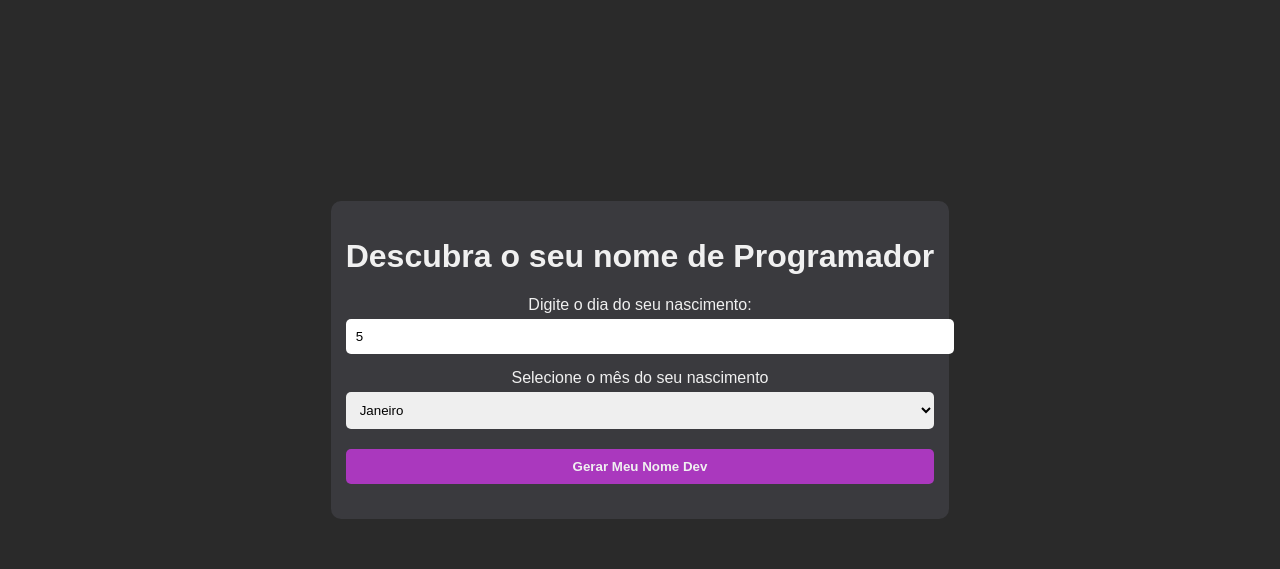
Repository: analessp/seu-nome-dev
Page: index.html
The author's editor kept a copy of each file at every save. The page is drawn from the files as they stood at one save, then again after the next save.
The browser window is 1280 px wide. The pictures show the whole page.
Empty fields were first filled with sample values (such as "Sample", 5 or name@example.com).
After loading, the first visible `button` was clicked once.

Above is the page before, as saved 2025-05-13 11:16:21.
Console error: SyntaxError: Unexpected token ')'

### index.html
<!DOCTYPE html>
<html lang="pt-BR">
<head>
    <meta charset="UTF-8">
    <meta name="viewport" content="width=device-width, initial-scale=1.0">
    <title>Seu Nome Dev</title>
    <link rel="stylesheet" href="styles.css">
</head>
<body>
    <div class="container">
        <h1>Descubra o seu nome de Programador</h1>
        <div class="form-group">
            <label for="dia">Digite o dia do seu nascimento:</label>
            <input type="number" id="dia" min="1" max="31">
        </div>
        <div class="form-group">
            <label for="mes">Selecione o mês do seu nascimento</label>
            <select id="mes">
                <option value="1">Janeiro</option>
                <option value="2">Fevereiro</option>
                <option value="3">Março</option>
                <option value="4">Abril</option>
                <option value="5">Maio</option>
                <option value="6">Junho</option>
                <option value="7">Julho</option>
                <option value="8">Agosto</option>
                <option value="9">Setembro</option>
                <option value="10">Outubro</option>
                <option value="11">Novembro</option>
                <option value="12">Dezembro</option>
            </select>
        </div>
        <button onclick="gerarNomeDev()">Gerar Meu Nome Dev</button>
        <div class="resultado" id="resultado"></div>
    </div>
    <script src="app.js"></script>
</body>
</html>

### styles.css
body {
    background-color: #2a2a2a;
    color: #f0f0f0;
    font-family: "Nunito", sans-serif;
    display: flex;
    justify-content: center;
    align-items: center;
    height: 100vh;
    margin: 0;
}

.container {
    background-color: #3a3a3e;
    padding: 15px;
    border-radius: 10px;
    box-shadow: 0px 5px 15px rgba(0, 0, 0, 0.3s);
    text-align: center;
}

.form-group {
    margin-bottom: 15px;
}

input, select, button {
    cursor: pointer;
    padding: 10px;
    margin-top: 5px;
    width: 100%;
    border-radius: 5px;
    border: none;
    outline: none;
}

button {
    background-color: #aa38be;
    color: #f0f0f0;
    font-weight: bold;
    transition: background-color 0.3s;
}

button:hover {
    background-color: #e27cd3;
}

.resultado {
    margin-top: 20px;
    font-size: 1.2rem;
    font-weight: bold;
    color: #8a2aba;
}

### app.js
function gerarNomeDev() {
    const dia = parseInt(document.getElementById("dia").value);
    const mes = parseInt(document.getElementById("mes").value);
    const resultado = document.getElementById("resultado").value);

    if (isNaN(dia) || dia < 1 || dia > 31) {
        resultado.textContent = "Insira um dia válido.";
        return;
    }

    const títulos = {
    1: "Desenvolvedor(a)",
    2: "Desenvolvedor(a)",
    3: "Programador(a)",
    4: "Programador(a)",
    5: "Programador(a)",
    6: "Estágiario(a)",
    7: "Estágiario(a)",
    8: "Estágiario(a)",
    9: "Sênior",
    0: "Sênior",
};

const meses = {
    1: "bugado(a)",
    2: "do CTRL C, CTRL V",
    3: "das gambiarras",
    4: "que culpa o cache",
    5: "que esquece o que faz",
    6: "do git vazio",
    7: "das try/ catch vazia",
    8: "famosinho do LinkedIn",
    9: "caçador de bugs",
    10: "do Windows Pirata",
    11: "do update sem where",
    12: "do commit bugado",
};

const ultimoDigito = dia % 10;
const titulo = títulos[ultimoDigito];
const mesTexto = meses[mes];

resultado.textContent = `${titulo} ${mesTexto}`;

}

After the next save:
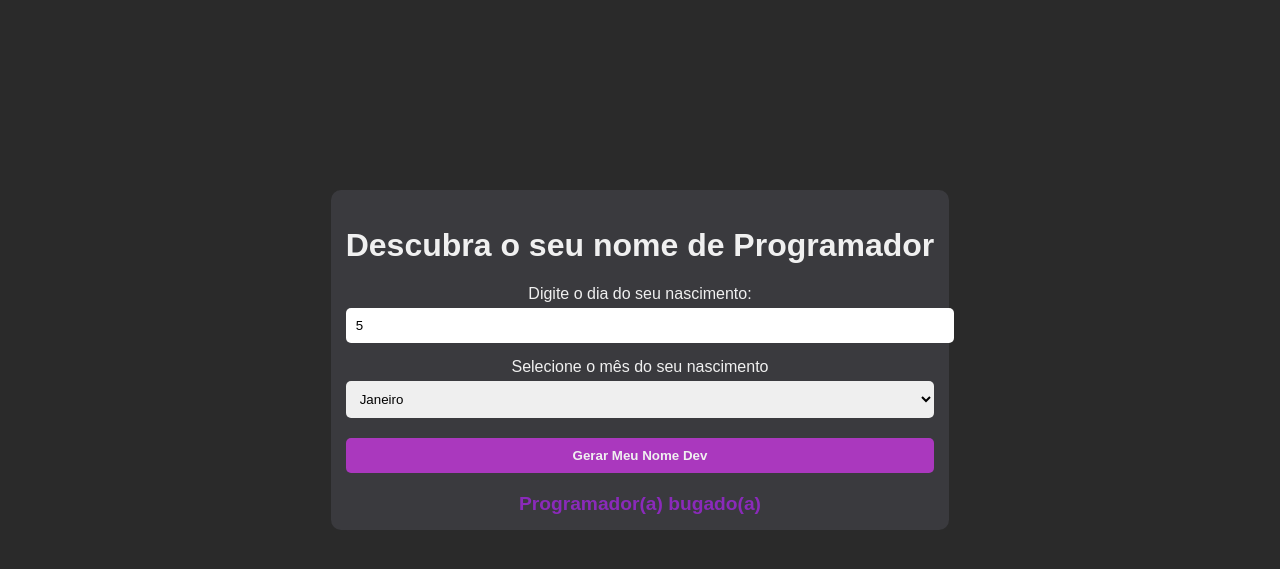
The error is gone.
Saved 9 s later.
--- a/app.js
+++ b/app.js
@@ -1,7 +1,7 @@
 function gerarNomeDev() {
     const dia = parseInt(document.getElementById("dia").value);
     const mes = parseInt(document.getElementById("mes").value);
-    const resultado = document.getElementById("resultado").value);
+    const resultado = document.getElementById("resultado");
 
     if (isNaN(dia) || dia < 1 || dia > 31) {
         resultado.textContent = "Insira um dia válido.";
